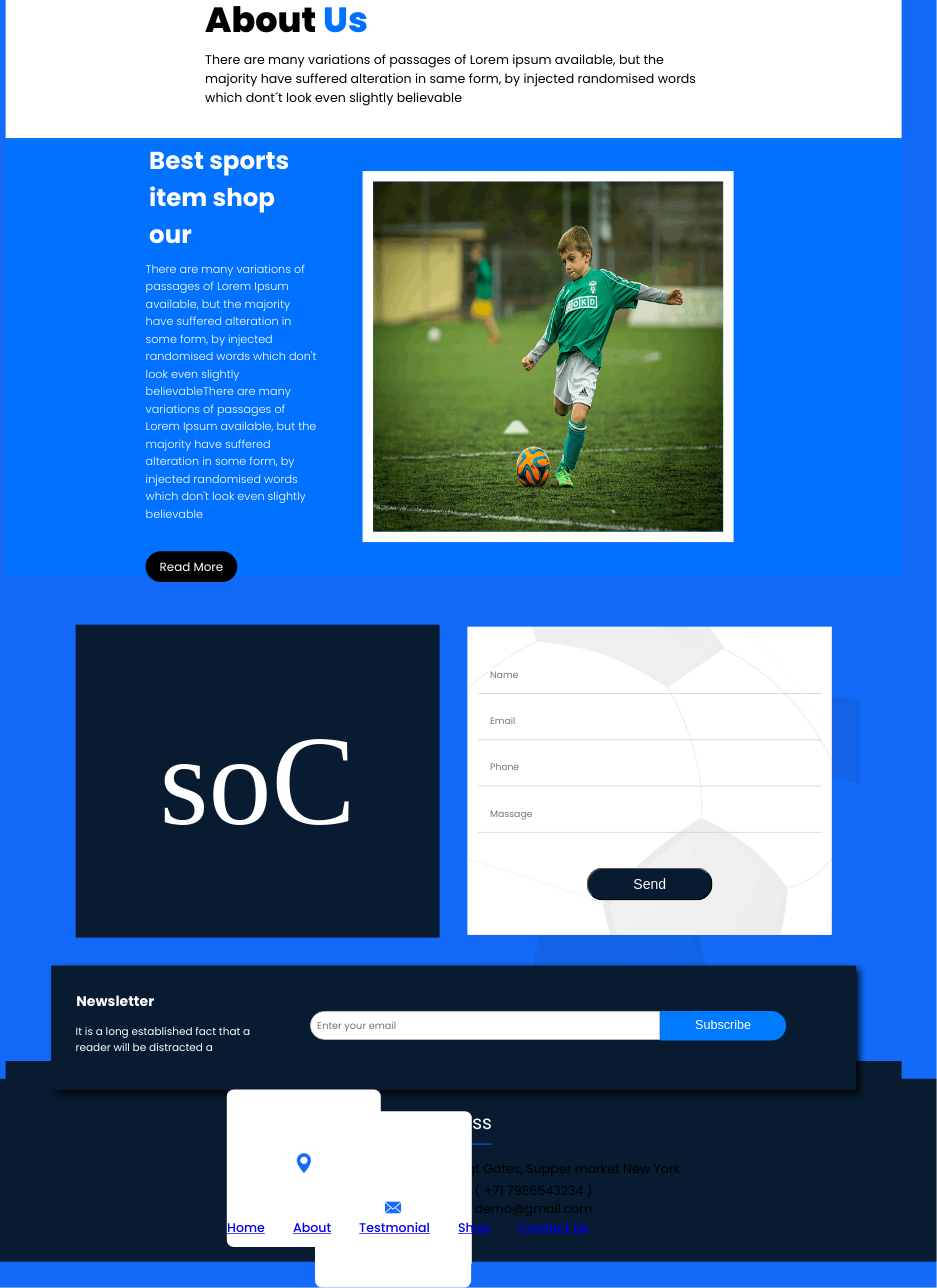
Repository: Vinicius9922/Projeto-Web
Page: index.html
These files come from the project's save history. The page is drawn as it stood at one moment and after the next save; the edit follows.
The browser window is 1280 px wide. The page is 1338 px wide, so the pictures cover 1338 px, including what lies to the right of the window. The pictures show the part of the page from y = 1928 to 3768 px (the page is 3768 px tall before and 3731 px after), at 70% of full size.

Above is the page before, as saved 2024-12-13 19:01:25.

### index.html
<!DOCTYPE html>
<html>

<head>
    <meta charset="UTF-8">
    <meta name="viewport" content="width=device-width, initial-scale=1.0">
    <link rel="stylesheet" href="index.css">
    <link rel="preconnect" href="https://fonts.googleapis.com">
    <link rel="preconnect" href="https://fonts.gstatic.com" crossorigin>
    <link
        href="https://fonts.googleapis.com/css2?family=Lora:ital,wght@0,400..700;1,400..700&family=Poppins:ital,wght@0,100;0,200;0,300;0,400;0,500;0,600;0,700;0,800;0,900;1,100;1,200;1,300;1,400;1,500;1,600;1,700;1,800;1,900&display=swap"
        rel="stylesheet">
    <title>Index</title>
</head>

<body class="main-layout">
    <header>
        <div class="header">
            <div class="container">
                <div class="logo"><img src="img/logo.png" alt="logo"></div>
                <div class="navBar">
                    <nav>
                        <ul class="menuNav">
                            <li>HOME</li>
                            <li>ABOUT</li>
                            <li>TESTMONIAL</li>
                            <li>SHOP</li>
                            <li>CONTACT US</li>
                            <li><img id="lupa" src="img/search_icon.png"></li>
                        </ul>
                    </nav>
                </div>
            </div>
        </div>
    </header>
    <section>
        <div class="container">
            <div class="carroussel">
                <div class="textCarroussel">
                    <h1>Welcome to <strong class="color">Our Shop</strong></h1>
                    <p>There are many variations of passages of Lorem Ipsum available, but the majority have
                        suffered
                        alteration in some form, by injected humour</p>
                    <button class="botao-carrossel">Buy Now</button>
                    <button class="botao-carrossel">About</button>
                </div>
            </div>
            <div class="img-carroussel">
                <div>
                    <figure><img id="img-carroussel" src="img/boksing-gloves.png" alt="img" /></figure>
                </div>
            </div>
        </div>
    </section>

    <!-- aaaaaaaaaaaaaaa -->

    <div class="parte branca">
        <h1>Our <span>Products</span></h1>
        <p>There are many variations of passages of Lorem ipsum available, but the majority have suffered alteration in
            some form, by injected randomised words wich don't look even slightly believable</p>
    </div>

    <div class="container3">

        <div class="imagem1">
            <img src="img/basketball.png" alt="bola">
            <p>$<span class="valor">50</span></p>
            <p class="p1">Basket ball</p>
        </div>
        <div class="imagem2">
            <img src="img/t-shirt.png" alt="camiseta">
            <p>$<span class="valor">50</span></p>
            <p class="p1">T-shirt</p>
        </div>
        <div class="imagem3">
            <img src="img/game.png" alt="game">
            <p>$<span class="valor">50</span></p>
            <p class="p1">Game</p>
        </div>
        <div class="imagem4">
            <img src="img/basketball.png" alt="bola">
            <p>$<span class="valor">50</span></p>
            <p class="p1">Basket ball</p>
        </div>
        <div class="imagem5">
            <img src="img/t-shirt.png" alt="camiseta">
            <p>$<span class="valor">50</span></p>
            <p class="p1">T-shirt</p>
        </div>
        <div class="imagem6">
            <img src="img/game.png" alt="game">
            <p>$<span class="valor">50</span></p>
            <p class="p1">game</p>
        </div>

    </div>
    <div class="branca2">
        <h1> About <span>Us</span></h1>
        <p>There are many variations of passages of Lorem ipsum available, but the majority have suffered alteration in
            same form, by injected randomised words which dont´t look even slightly believable</p>
    </div>

    <div class="shield">
        <div class="texto-shield">
            <h1 class="textobranco">Best sports item shop our</h1>
            <p class="p2">There are many variations of passages of Lorem Ipsum available, but the majority have suffered
                alteration in some form, by injected randomised words which don't look even slightly believableThere are
                many variations of passages of Lorem Ipsum available, but the majority have suffered alteration in some
                form, by injected randomised words which don't look even slightly believable</p>

            <div class="btn_main">
                <a class="botao" href="#" role="button">Read More</a>
            </div>
        </div>
        <div class="child">
            <figure><img src="img/child-image.png">
            </figure>
        </div>
    </div>

    <!-- aaaaaaaaaaaaaaaaaaaa -->

    <div class="container2">
        <div class="formulario">
            <div class="box-left">
                <div class="soc">soC</div>
            </div>
            <div class="box-right">
                <form>
                    <div class="grupo-form">
                        <input type="text" class="form" placeholder="Name" name="Name">
                    </div>
                    <div class="grupo-form">
                        <input type="email" class="form" placeholder="Email" name="Email">
                    </div>
                    <div class="grupo-form">
                        <input type="text" class="form" placeholder="Phone" name="Phone">
                    </div>
                    <div class="grupo-form">
                        <input type="text" class="form" placeholder="Massage" name="mensagem">
                    </div>
                    <div class="send-button">
                        <button type="submit" class="botao-env">Send</button>
                    </div>
                </form>
            </div>
        </div>
        <div class="box-down">
            <div class="text-news">
                <h2 class="Newsletter">Newsletter</h2>
                <p class="text-newsletter">It is a long established fact that a reader will be distracted a</p>
            </div>
            <div class="email-news">
                <input type="email" class="news-email" placeholder="Enter your email" name="Email">
            </div>
            <div class="Subscribe">
                <button class="subs-button" type="Subscribe">Subscribe</button>
            </div>
        </div>



        <div class="footer">
            <div>
                <div>
                    <div>
                        <div class="titulo">
                            <h2 class="titulo_texto">Address</h2>
                        </div>
                    </div>
                </div>
            </div>
            <div class="endereco">
                <div>
                    <div class="icones">
                        <div class="site_info">
                            <span class="info_icon"><img src="img/map-icon.png" /></span>
                            <span>No.123 Chalingt Gates, Supper market New York</span>
                        </div>
                    </div>
                    <div class="icones">
                        <div class="site_info">
                            <span class="info_icon"><img src="img/phone-icon.png" /></span>
                            <span>( +71 7986543234 )</span>
                        </div>
                    </div>
                    <div class="icones">
                        <div class="site_info">
                            <span class="info_icon"><img src="img/email-icon.png" /></span>
                            <span>demo@gmail.com</span>
                        </div>
                    </div>
                </div>
            </div>

            <div class="menu_main">
                <div class="menu_text">
                    <ul>
                        <li class="active"><a href="#">Home</a></li>
                        <li><a href="about.html">About</a></li>
                        <li><a href="testmonial.html">Testmonial</a></li>
                        <li><a href="clients.html">Shop</a></li>
                        <li><a href="contact.html">Contact Us</a></li>
                    </ul>
                </div>
            </div>
        </div>
    </div>

</body>

</html>

### index.css
@import url('https://fonts.googleapis.com/css2?family=Lora:ital,wght@0,400..700;1,400..700&family=Poppins:ital,wght@0,100;0,200;0,300;0,400;0,500;0,600;0,700;0,800;0,900;1,100;1,200;1,300;1,400;1,500;1,600;1,700;1,800;1,900&display=swap');

html,
body {
    width: 100%;
    font-family: Poppins, normal;
    background-color: #136af8;
    background: linear-gradient(to bottom, #136af8 93%, #081b30 7%);
}

header {
    background-color: #136af8;
    padding: 0px;
}

.container {
    display: flex;
    align-items: center;
    justify-content: space-between;
    margin: 40px 200px;
}

li:hover {
    text-decoration: underline;
    cursor: pointer;
    font-weight: bolder;
}

ul {
    color: white;
    list-style-type: none;
    display: flex;
    margin: 0;
    padding: 0;
    gap: 40px;
    font-weight: 500;
}

#lupa {
    margin-left: 20px;
}

.logo {
    margin-left: 60px;
}

section {
    background-color: #136af8;
    display: flex;
}

.textCarroussel {
    text-align: left;
    margin-left: 60px;
    padding-left: 15px;
}

.textCarroussel p,
strong {
    color: white;
}

.color {
    font-weight: bolder;
}

.textCarroussel h1 {
    font-family: Poppins;
    font-weight: bold;
    font-size: 65px;
    line-height: 74px;
    color: #081b30;
}

.textCarroussel p {
    font-size: 16px;
}

button {
    min-width: 180px;
    color: white;
    background-color: #081b30;
    padding: 10px 50px;
    border-radius: 30px;
    display: inline-block;
    font-size: 20px;
    margin-top: 40px;
    cursor: pointer;
}

button:hover {
    background-color: #032b58;
}

button+button {
    margin-left: 15px;
}

#img-carroussel {
    max-width: 110%;
    height: auto;
    display: block;
}

/*////////////////////////////////////////////////////*/


/* Estilo global */


/* Cabeçalho "Our Products" */
.parte.branca {
    background-color: white;
    text-align: center;
    padding: 40px 280px;
}

.parte.branca h1 {
    font-size: 50px;
    color: black;
    text-align: left;
    font-weight: 800;
    margin: 5px;
}

.parte.branca h1 span {
    color: #0072ff;

}

.parte.branca p {
    font-size: 18px;
    margin-top: 10px;
    text-align: left;
    font-weight: 400;
    margin: 5px;
}

/* Grade de produtos */
.container3 {
    display: grid;
    grid-template-columns: repeat(3, 1fr);
    gap: 20px;
    column-gap: 30px;
    padding-left: 250px;
    padding-right: 250px;
    padding-top: 40px;
    padding-bottom: 40px;
    background-color: #001f3f;
}


.container3 div {
    text-align: center;
    background-color: white;
    padding: 20px;
    box-shadow: 0 5px 10px rgba(0, 0, 0, 0.1);
}

.container3 img {
    width: 300px;
    height: 300px;
    margin-bottom: 10px;
}

.container3 div .valor {
    margin: 5px 0;
    font-size: 26px;
    color: #0072ff
}

.container3 div p {
    font-size: 26px;
    color: black;
    margin: 3px;
}

/* Sessão "About Us" */
.branca2 {
    background-color: white;
    text-align: left;
    padding: 40px 280px;
}

.branca2 h1 {
    font-size: 50px;
    color: black;
    text-align: left;
    font-weight: 800;
    margin: 5px;
}

.branca2 h1 span {
    color: #0072ff;
}

.branca2 p {
    font-size: 18px;
    margin-top: 10px;
    text-align: left;
    font-weight: 400;
    margin: 5px;
}

/* Sessão "Best sports item shop our" */
.shield {
    display: flex;
    justify-content: space-between;
    align-items: center;
    background-color: #0072ff;
    color: white;
    padding-left: 200px;
    padding-right: 200px;
    gap: 20px;
}

.texto-shield {
    text-align: left;
}

.shield h1 {
    font-size: 35px;
    color: rgb(255, 255, 255);
    text-align: left;
    font-weight: 700;
    margin: 5px;
}

.shield .p2 {
    font-size: 16px;
    margin-top: 10px;
    text-align: left;
    font-weight: 300;
    margin-bottom: 50px;
}

.btn_main .botao {
    text-decoration: none;
    background-color: black;
    color: white;
    padding: 10px 20px;
    border-radius: 30px;
    font-size: 17px;
    transition: 0.5s ease, color 0.4s ease 0.1s;
}

.botao:hover {
    background-color: #fbfbfb;
    color: black;
}

.child {
    margin: 0px;
}

.child img {
    height: 500px;
    width: 500px;
    display: flex;
    border: 15px solid #fff;
}


/*/////////////////////////////////////////////////*/

.container2 {
    display: flex;
    align-items: center;
    justify-content: space-between;
    margin: 30px 100px;
    flex-direction: column;
    /* background: linear-gradient(to bottom, #136af8 70%, #081b30 30%); */
}

.formulario {
    flex: auto;
    display: flex;
    justify-content: space-between;
    align-items: center;
    border-radius: 10px;
    padding: 40px;
    justify-content: center;
    gap: 40px;
    background-image: url('img/contact-banner.png');
}

.grupo-form {
    width: 100%;
    padding: 15px;
    margin-bottom: 10px;
    border-bottom: 1px solid #ccc;
}

form {
    display: flex;
    flex-direction: column;
    align-items: center;
    width: 460px;
    height: 360px;
}

.form {
    border: none;
    width: 100px;
    margin: 0px;
}

.box-left {
    background-color: #081b30;
    color: white;
    text-align: center;
    font-family: apple;
    font-size: 180px;
    padding: 10% 10%;
    padding: 120px;
}

.box-right {
    height: auto;
    background-color: #f2f2f2;
    background-image: url('img/boll_bg.png');
    padding: 40px 30px;
}

.box-left,
.box-right {
    width: 50%;
}

input {
    border: none;
    outline: none;
    width: 100%;
}

input,
textarea {
    font-family: Poppins, normal;
    color: #a4a0a0;
    width: 100%;
}

.box-down {
    display: flex;
    align-items: row;
    background-color: #081b30;
    color: white;
    width: 1150px;
    box-shadow: 5px 5px 10px 0 rgba(0, 0, 0, 0.9);
}

.text-news {
    display: flex;
    flex-direction: column;
    max-width: 300px;
    padding-left: 35px;
    font-size: 12px;
    padding: 35px;
}

.Newsletter {
    margin: 1px;
    font-size: 20px;
}

.text-newsletter {
    font-size: 15px;
}

.email-news {
    display: flex;
    align-items: center;
    height: 172px;
}

.Subscribe {
    display: flex;
    align-items: center;
    height: 132px;
}

.news-email {
    padding: 9px;
    font-size: 14px;
    border: 1px solid #ccc;
    border-radius: 25px 0 0 25px;
    width: 500px;
    height: 41px;
    box-sizing: border-box;
}

.subs-button {
    font-size: 18px;
    color: white;
    background-color: #007BFF;
    border: none;
    border-radius: 0 25px 25px 0;
    cursor: pointer;
    height: 42px;

}

.subs-button:hover {
    background-color: #0056b3;
}
.footer{
    font-size: 18px;
    margin-top: 10px;
    text-align: center;
    font-weight: 400;
    margin: 5px;

}
.titulo_texto{
    color:white;
    text-decoration-line: underline;
    text-decoration-color: #0056b3;
    text-underline-offset: 20px;
    font-weight:400;
}

.info_icon{
    margin-top: 21px;
    background-color:white;
    border-radius: 10px;
    padding: 100px;;
}

After the next save:
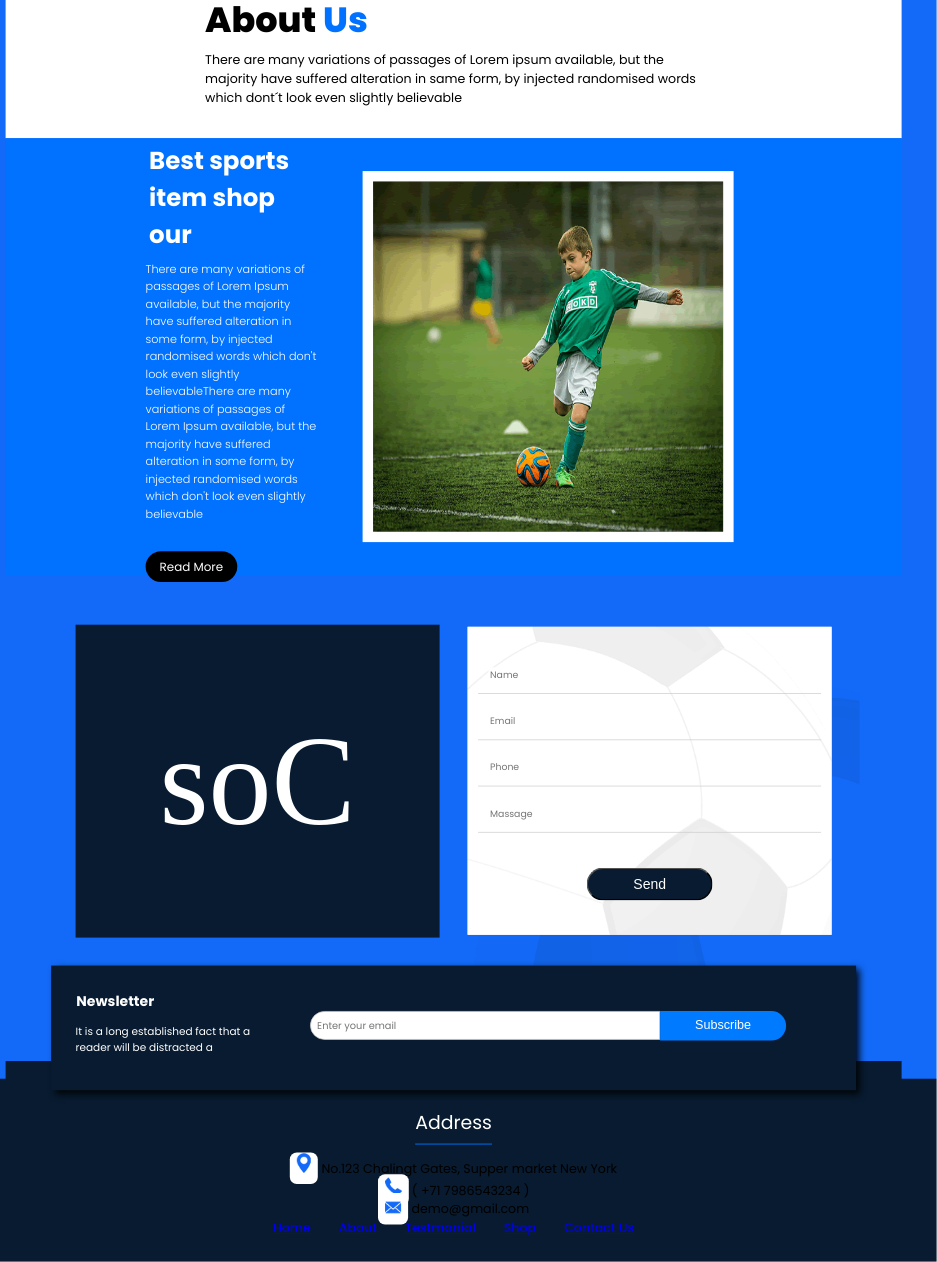
Saved 5 s later.
--- a/index.css
+++ b/index.css
@@ -423,5 +423,5 @@
     margin-top: 21px;
     background-color:white;
     border-radius: 10px;
-    padding: 100px;;
-}
+    padding: 10px;;
+}
